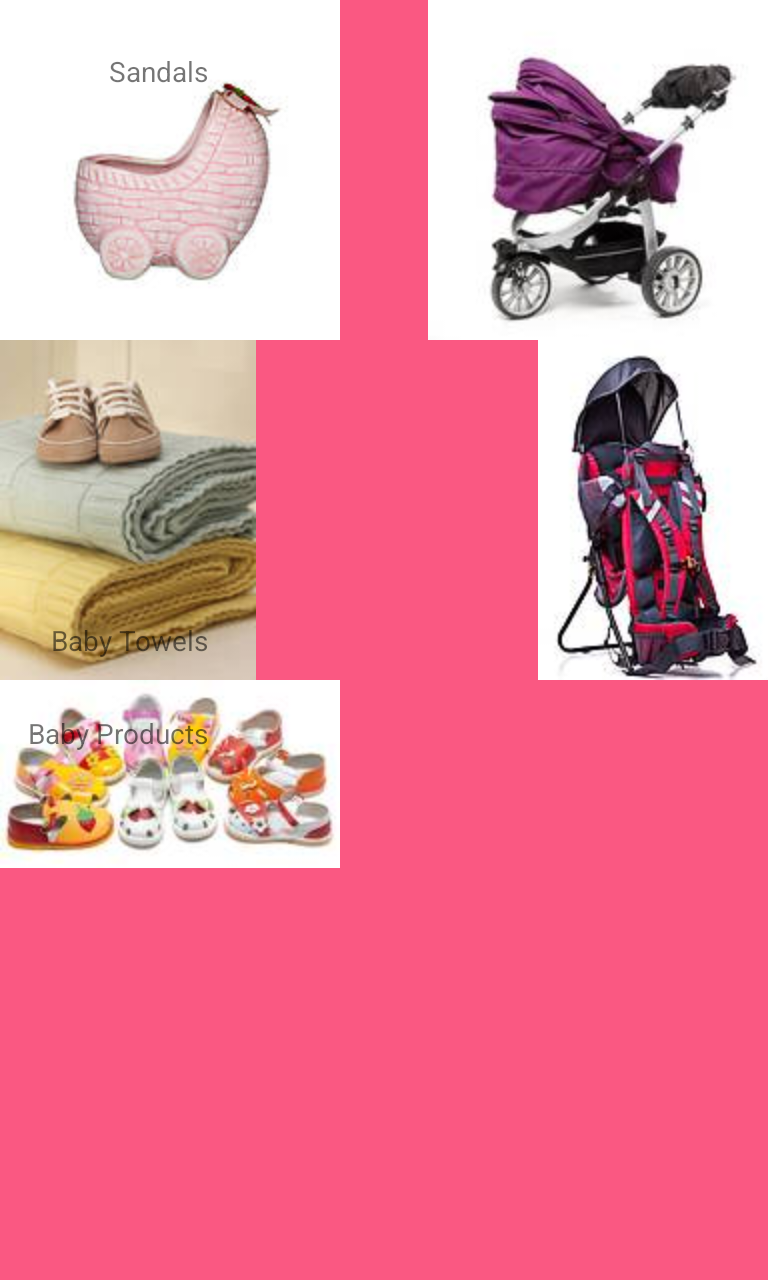
Repository: Clarenaliaka/code-challenge
Layout: ModernMum/res/layout/advert.xml
An editor plug-in stored every save of this project. The layout is shown before and after the next save, followed by the edit.
It is drawn on a 768 x 1280 px phone screen (xhdpi) without system bars, with theme AppTheme; the app's code is not run.

Above is the layout before, as saved 2014-08-03 11:00:19.

### ModernMum/res/layout/advert.xml
<?xml version="1.0" encoding="utf-8"?>
<RelativeLayout xmlns:android="http://schemas.android.com/apk/res/android"
    android:layout_width="match_parent"
    android:layout_height="fill_parent"
    android:background="@color/pink"
    android:orientation="vertical" >

    <ImageButton
        android:id="@+id/ibstroller"
        android:layout_width="wrap_content"
        android:layout_height="wrap_content"
        android:layout_alignParentLeft="true"
        android:layout_alignParentTop="true"
        android:background="@null"
        android:src="@drawable/co" />

    <ImageButton
        android:id="@+id/ibbaby"
        android:layout_width="wrap_content"
        android:layout_height="wrap_content"
        android:layout_alignParentRight="true"
        android:layout_alignParentTop="true"
        android:background="@null"
        android:src="@drawable/baby" />

     <ImageButton
         android:id="@+id/ibnipo"
         android:layout_width="wrap_content"
         android:layout_height="wrap_content"
         android:layout_alignParentLeft="true"
         android:layout_below="@+id/ibstroller"
         android:background="@null"
         android:src="@drawable/clo"
         />

     <ImageButton
         android:id="@+id/ibca"
         android:layout_width="wrap_content"
         android:layout_height="wrap_content"
         android:layout_alignParentRight="true"
         android:layout_below="@+id/ibbaby"
         android:background="@null"
         android:src="@drawable/ca" />

     <ImageButton
         android:id="@+id/ibsa"
         android:layout_width="wrap_content"
         android:layout_height="wrap_content"
         android:layout_alignParentLeft="true"
         android:layout_below="@+id/ibnipo"
         android:background="@null"
         android:src="@drawable/sa" />

      <TextView
         android:id="@+id/textView1"
         android:layout_width="wrap_content"
         android:layout_height="wrap_content"
         android:layout_alignParentTop="true"
         android:layout_alignRight="@+id/ibnipo"
         android:layout_marginRight="24dp"
         android:layout_marginTop="26dp"
         android:text="@string/diaper" />

     <TextView
         android:id="@+id/textView2"
         android:layout_width="wrap_content"
         android:layout_height="wrap_content"
         android:layout_alignRight="@+id/textView1"
         android:layout_alignTop="@+id/ibsa"
         android:layout_marginTop="17dp"
         android:text="@string/baby" />

     <TextView
         android:id="@+id/textView3"
         android:layout_width="wrap_content"
         android:layout_height="wrap_content"
         android:layout_alignRight="@+id/textView2"
         android:layout_centerVertical="true"
         android:text="@string/nipo" />



</RelativeLayout>

### ModernMum/res/values/color.xml
<?xml version="1.0" encoding="utf-8"?>
<resources>
    <color name="green">#660</color>
<color name="white">#FFFFFF</color>
<color name="black">#000000</color>
<color name="red">#FA5858</color>
<color name="brown">#2A120A</color>
<color name="grew">#151515</color>
<color name="blue">#4E3B6F</color>
<color name="purple">#AA18A3</color>
<color name="darkbrown">#AA4B18</color>
<color name="orange">#ff6633</color>
<color name="lightpink">#FFB6C1</color>
<color name="pink">#FA5882</color>
</resources>

### ModernMum/res/values/strings.xml
<?xml version="1.0" encoding="utf-8"?>
<resources>

    <string name="app_name">ModernMum</string>
    <string name="btnregister">Register</string>
    <string name="action_settings">Settings</string>
    <string name="btnlogin">Login</string>
    <string name="first">First Name</string>
    <string name="last">Last Name</string>
    <string name="email">Email Address</string>
    <string name="Password">Password</string>
    <string name="phone">Phone Number</string>
    <string name="loce">Location</string>
    <string name="title_activity_register_screen">RegisterScreenActivity</string>
    <string name="hello_world">Hello world!</string>
    <string name="title_activity_login_screen">LoginScreenActivity</string>
    <string name="btnsubmit">Submit</string>
    <string name="btnback">back</string>
    <string name="des">show password</string>
    <string name="stroller">Baby Strollers</string>
    <string name="nipo">Baby Towels</string>
    <string name="diaper">Sandals</string>

    <string-array name="modern">
        <item>location</item>
        <item>Westlands</item>
        <item>Ngong road</item>
        <item>Loresho</item>
        <item>Kasarani</item>
        <item>Karen</item>
        <item>langata</item>
        <item>Mt.View</item>
        <item>Uthiru</item>
        <item>Parklands</item>
        <item>Upper Hill</item>
        <item>Nairobi West</item>
        <item>South B</item>
        <item>South C</item>
    </string-array>

    <string name="title_activity_advert_screen">AdvertScreenActivity</string>
    <string name="baby">Baby Products</string>
    <string name="title_activity_home_screen">HomeScreenActivity</string>
    <string name="btnadvert">Advertise</string>
    <string name="btnchat">Chat</string>
    <string name="btntips">Tips</string>
    <string name="btnbuy">Buy</string>
    <string name="title_activity_chat">ChatActivity</string>
    <string name="title_activity_contact_screen">ContactScreenActivity</string>

</resources>

Loaded but not shown: ModernMum/res/values/styles.xml (common file); ModernMum/res/values-v11/styles.xml (common file); ModernMum/res/values-v14/styles.xml (common file)

After the next save:
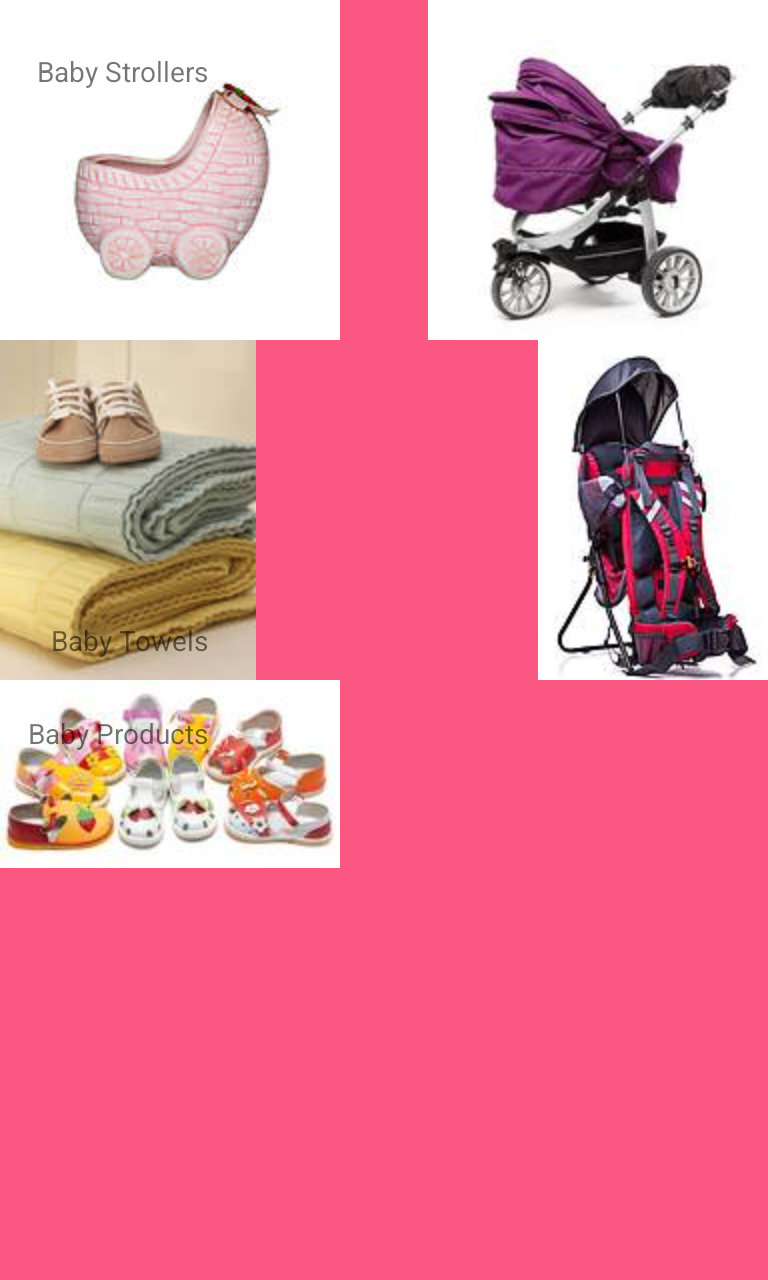
Saved 2 min 29 s later.
--- a/ModernMum/res/layout/advert.xml
+++ b/ModernMum/res/layout/advert.xml
@@ -59,7 +59,7 @@
          android:layout_alignRight="@+id/ibnipo"
          android:layout_marginRight="24dp"
          android:layout_marginTop="26dp"
-         android:text="@string/diaper" />
+         android:text="@string/stroller" />
 
      <TextView
          android:id="@+id/textView2"
